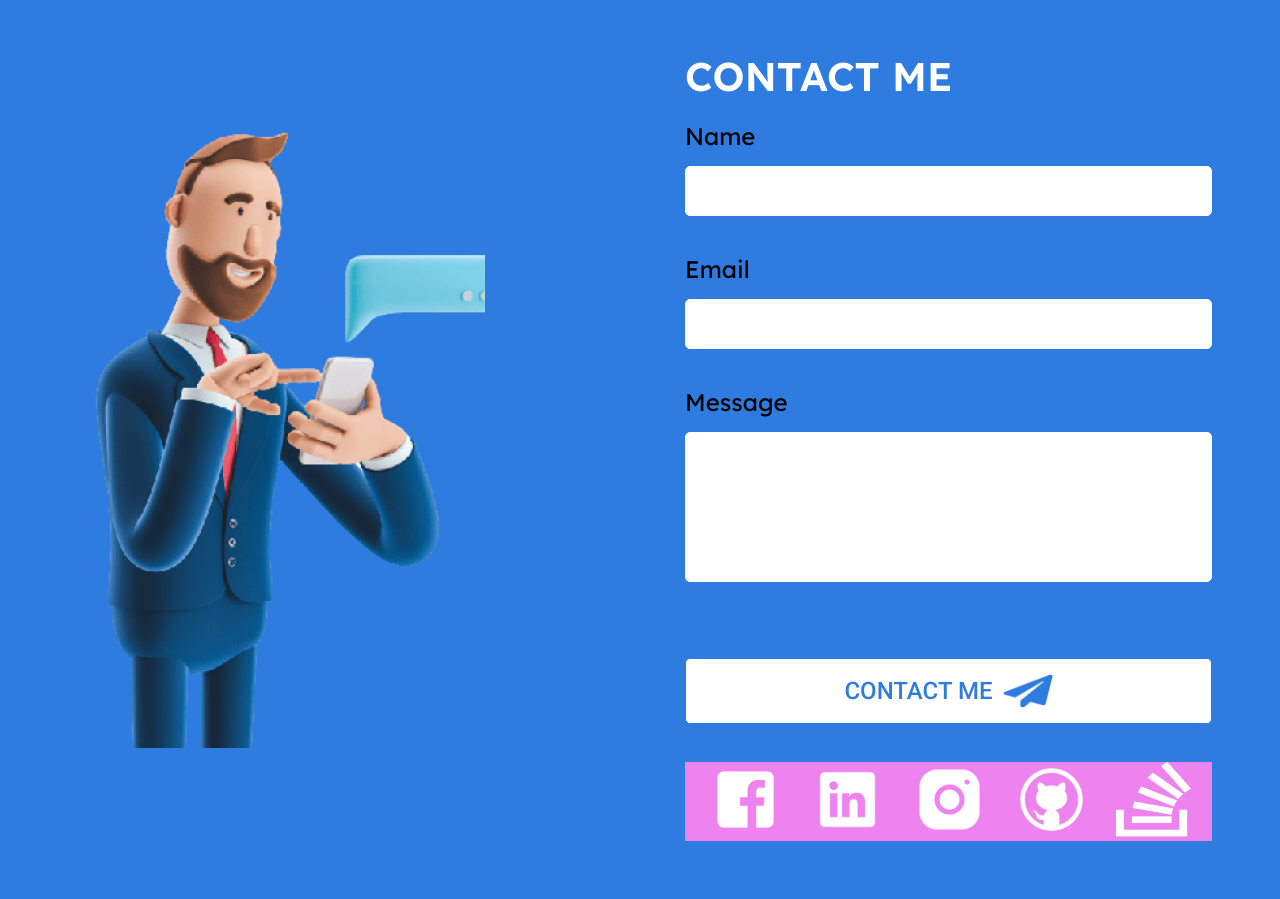
Repository: SabrinaSeydaliyeva/Task10
Page: index.html
An editor plug-in stored every save of this project. The page is shown before and after the next save, followed by the edit.
The browser window is 1280 px wide. The pictures show the whole page.

Above is the page before, as saved 2023-06-01 16:39:01.

### index.html
<!DOCTYPE html>
<html lang="en">
<head>
    <meta charset="UTF-8">
    <meta http-equiv="X-UA-Compatible" content="IE=edge">
    <meta name="viewport" content="width=device-width, initial-scale=1.0">
    <title>Document</title>
    <link rel="stylesheet" href="./index.css">
</head>
<body>

    <div class="container">
        <img src="./images/cta-2-1-92c17b59fa88d0f37a14bacdde164b49-removebg-preview 1.png" alt="">

        <div class="text">
            <h1>Contact me</h1>

            <form action="">

                <label for="">
                    Name
                    <input type="text" name="" id="" placeholder="John Doe">
                </label>

                <label for="">
                    Email
                    <input type="text" name="" id="" placeholder="johndoe@gmail.com">
                </label>

                <label for="">
                    Message
                    <input class="message" type="text" name="" id="" placeholder="Message">
                </label>

                <button>
                    <p>CONTACT ME</p>
                    <img class="tvitter" src="./images/Vector.png" alt="">
                </button>

                <div class="icons">
                    <img src="./images/Facebook.png" alt="">
                    <img src="./images/LinkedIn.png" alt="">
                    <img src="./images/Instagram.png" alt="">
                    <img src="./images/GitHub.png" alt="">
                    <img src="./images/🦆 icon _Stack Overflow_.png" alt="">
                </div>

            </form>
        </div>
    </div>

</body>
</html>

### index.css
@import url('https://fonts.googleapis.com/css2?family=Lexend:wght@600&display=swap');
@import url('https://fonts.googleapis.com/css2?family=Lexend&display=swap');
@import url('https://fonts.googleapis.com/css2?family=Lexend:wght@200&display=swap');
@import url('https://fonts.googleapis.com/css2?family=Roboto:wght@500&display=swap');

* {
    margin: 0;
    padding: 0;
    box-sizing: border-box;
}

.container {
    width: 100%;
    min-height: 100vh;
    padding: 51px 68px 58px 0px;

    background: #2E7CDF;
    display: flex;
}

img {
    width: 538px;
    height: 697px;
}

.text {
    width: 50%;
    margin-left: 200px;
}

h1 {
    margin-bottom: 20px;
    font-family: 'Lexend';
    font-style: normal;
    font-weight: 600;
    font-size: 40px;
    line-height: 50px;
    text-transform: uppercase;
    color: #FFFFFF;
}

label {
    width: 100%;
    /* height: 30px; */
    font-family: 'Lexend';
    font-style: normal;
    font-weight: 400;
    font-size: 24px;
    line-height: 30px;
}

input {
    margin-top: 15px;
    width: 100%;
    height: 50px;
    /* background: #2E7CDF; */
    border: 1px solid #FFFFFF;
    border-radius: 5px;
    padding: 13px 422px 12px 29px;
}

input::placeholder {
    font-family: 'Lexend';
    font-style: normal;
    font-weight: 200;
    font-size: 20px;
    line-height: 25px;
    color: #FFFFFF;
}

.message {
    height: 150px;
}

button {
    width: 100%;
    margin-top: 38px;
    display: flex;
    justify-content: center;
    align-items: center;
    padding: 15px 0;
    background: #FFFFFF;
    border: 1px solid #2E7CDF;
    border-radius: 5px;

}

p {
margin-right: 10px;
    font-family: 'Roboto';
    font-style: normal;
    font-weight: 500;
    font-size: 24px;
    line-height: 28px;
    display: flex;
    align-items: center;
    text-transform: capitalize;
    color: #2E7CDF;
}

.tvitter {
    Width: 50px;
    Height: 34.42px;
}

.icons {
    /* width: 593px; */
    background-color: violet;
}

.icons img {
    width: 75px;
    height: 75px;
    margin-left: 23px;
    bor
}
form{
    display: flex;
    flex-direction: column;
    gap: 38px;
}

After the next save:
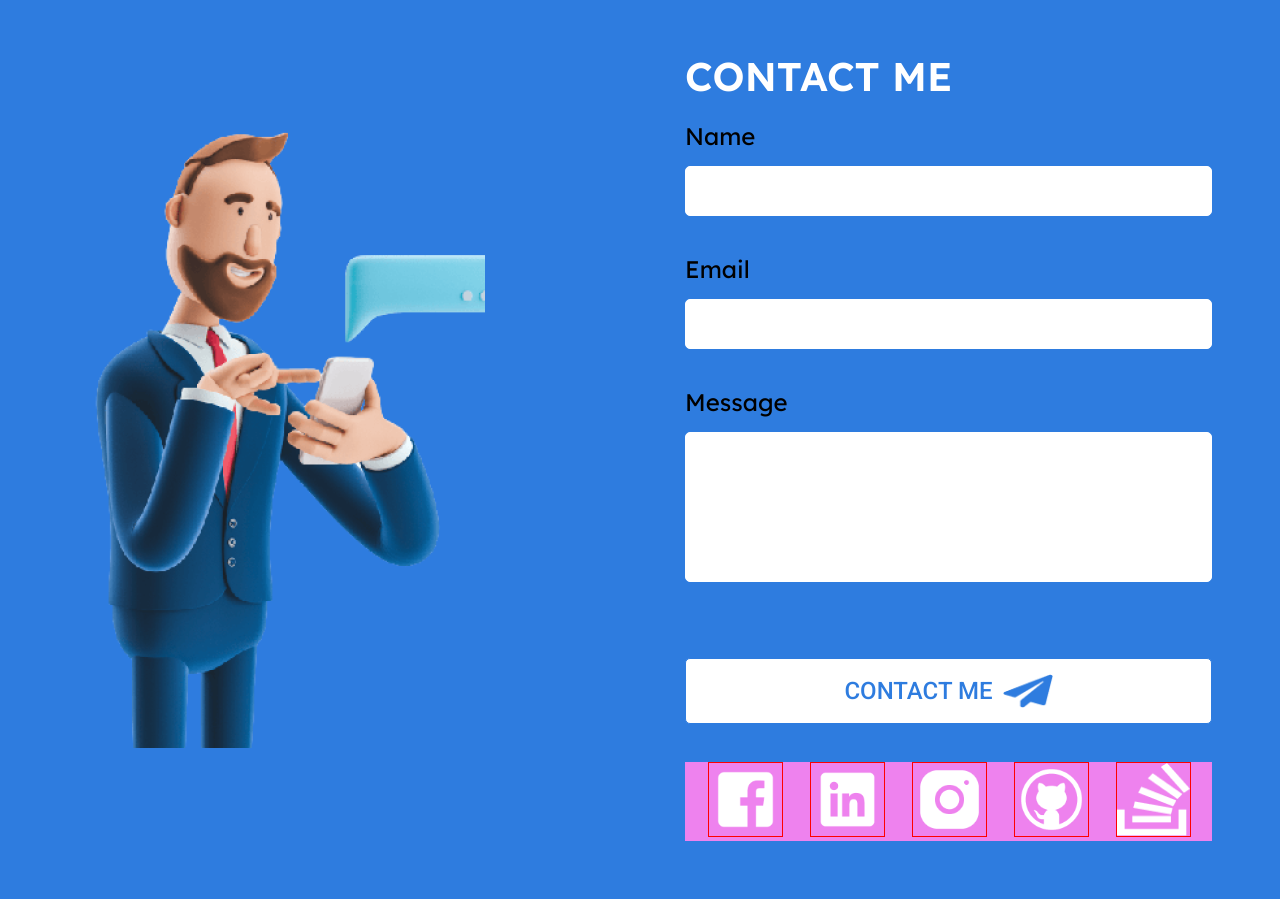
Saved 4 s later.
--- a/index.css
+++ b/index.css
@@ -112,7 +112,7 @@
     width: 75px;
     height: 75px;
     margin-left: 23px;
-    bor
+    border: 1px solid red;
 }
 form{
     display: flex;

After the save that followed:
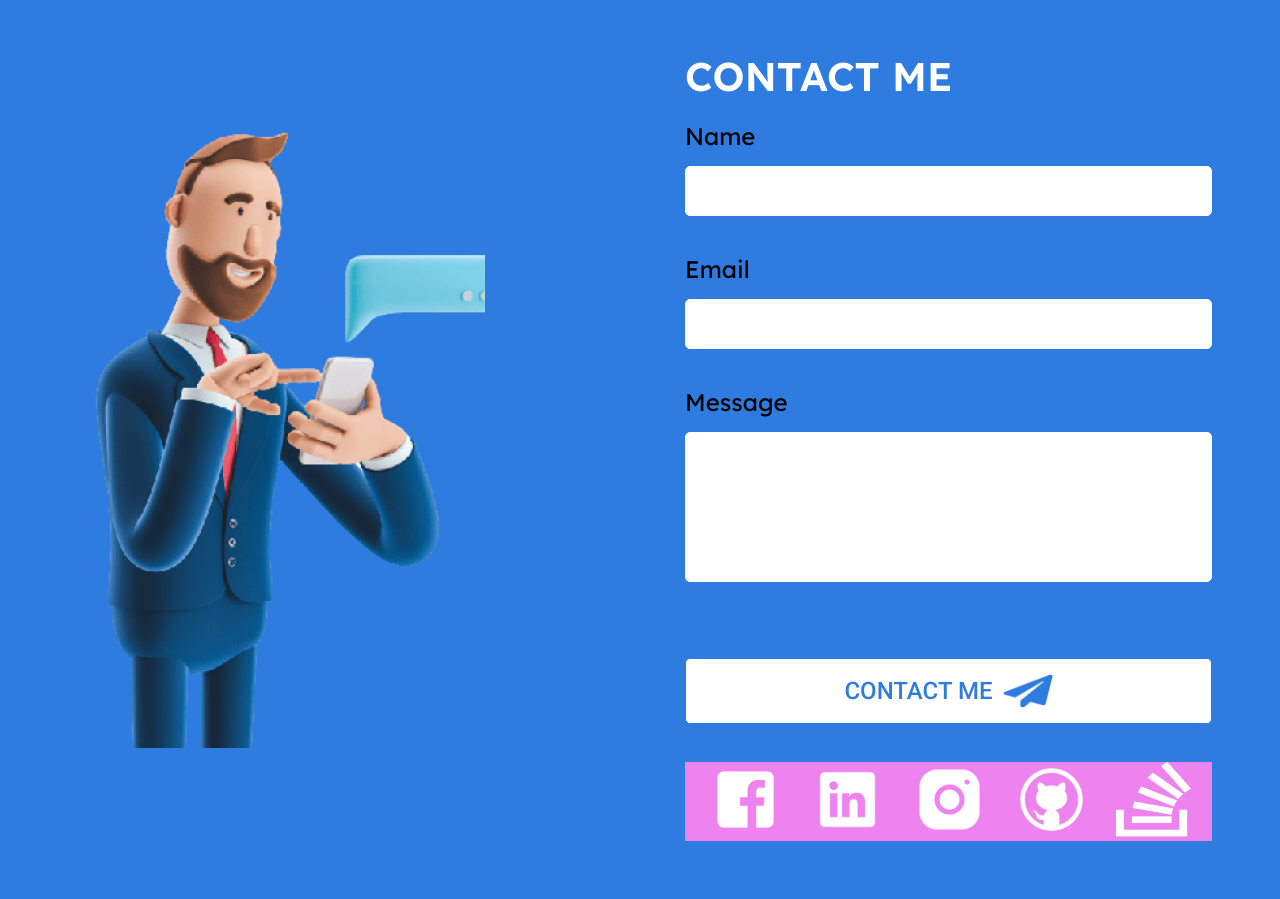
Saved 19 s later.
--- a/index.css
+++ b/index.css
@@ -112,7 +112,6 @@
     width: 75px;
     height: 75px;
     margin-left: 23px;
-    border: 1px solid red;
 }
 form{
     display: flex;
